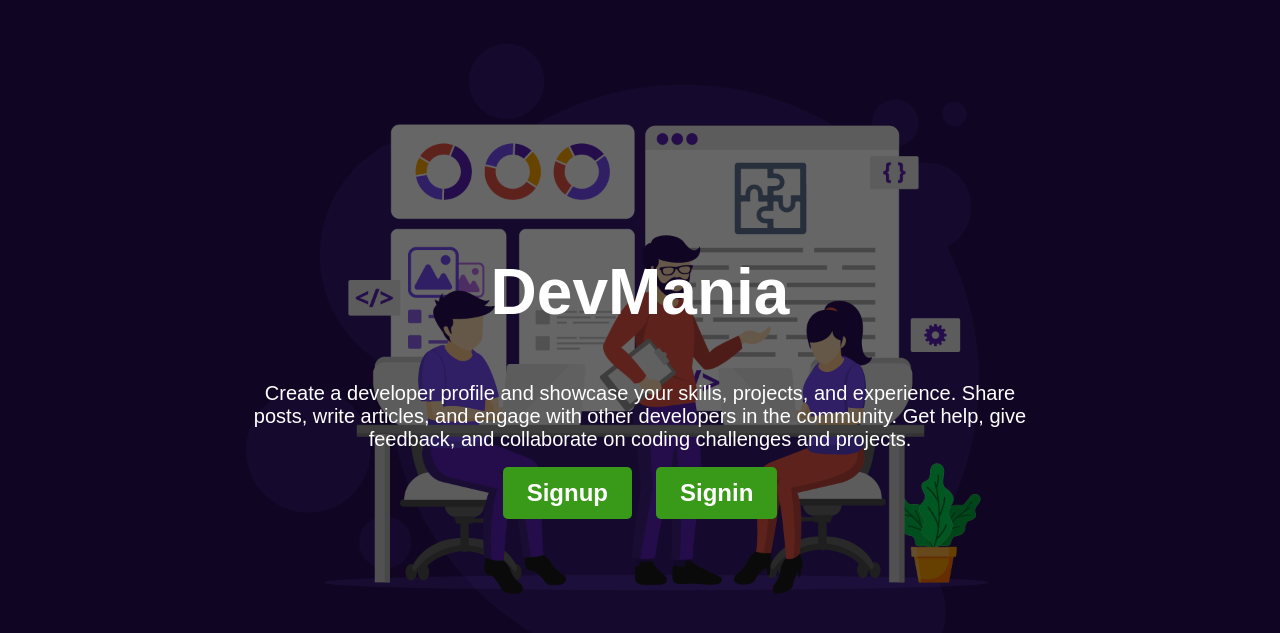
Repository: sayyad-mukthumsa-123/DevMania
Page: / (app in frontend/)
The author's editor kept a copy of each file at every save. The page is drawn from the files as they stood at one save, then again after the next save.
The browser window is 1280 px wide. The pictures show the whole page.
The project was rebuilt for these pictures with package versions that can differ from the ones it lists, and the page was loaded fresh each time. Also part of the build but not shown: frontend/src/pages/login.js, frontend/src/pages/register.js, frontend/src/pages/Allprofiles.js, frontend/src/pages/MyProfile.js, frontend/src/pages/Indprofile.js.

Above is the page before, as saved 2025-03-01 10:30:21.

After the next save:
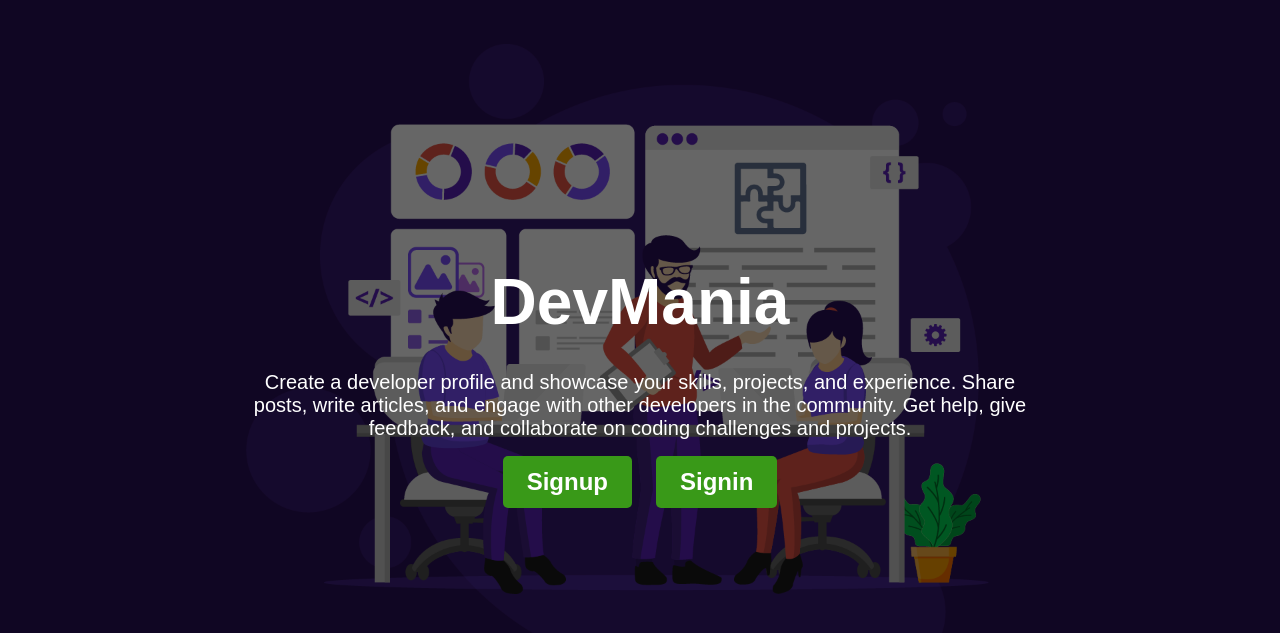
Saved 56 s later.
--- a/frontend/src/styles/styles.css
+++ b/frontend/src/styles/styles.css
@@ -139,6 +139,7 @@ body, html {
 .x-large {
   font-size: 4rem;
   font-weight: bold;
+  margin-bottom: 2rem !important;
 }
 
 .lead {
